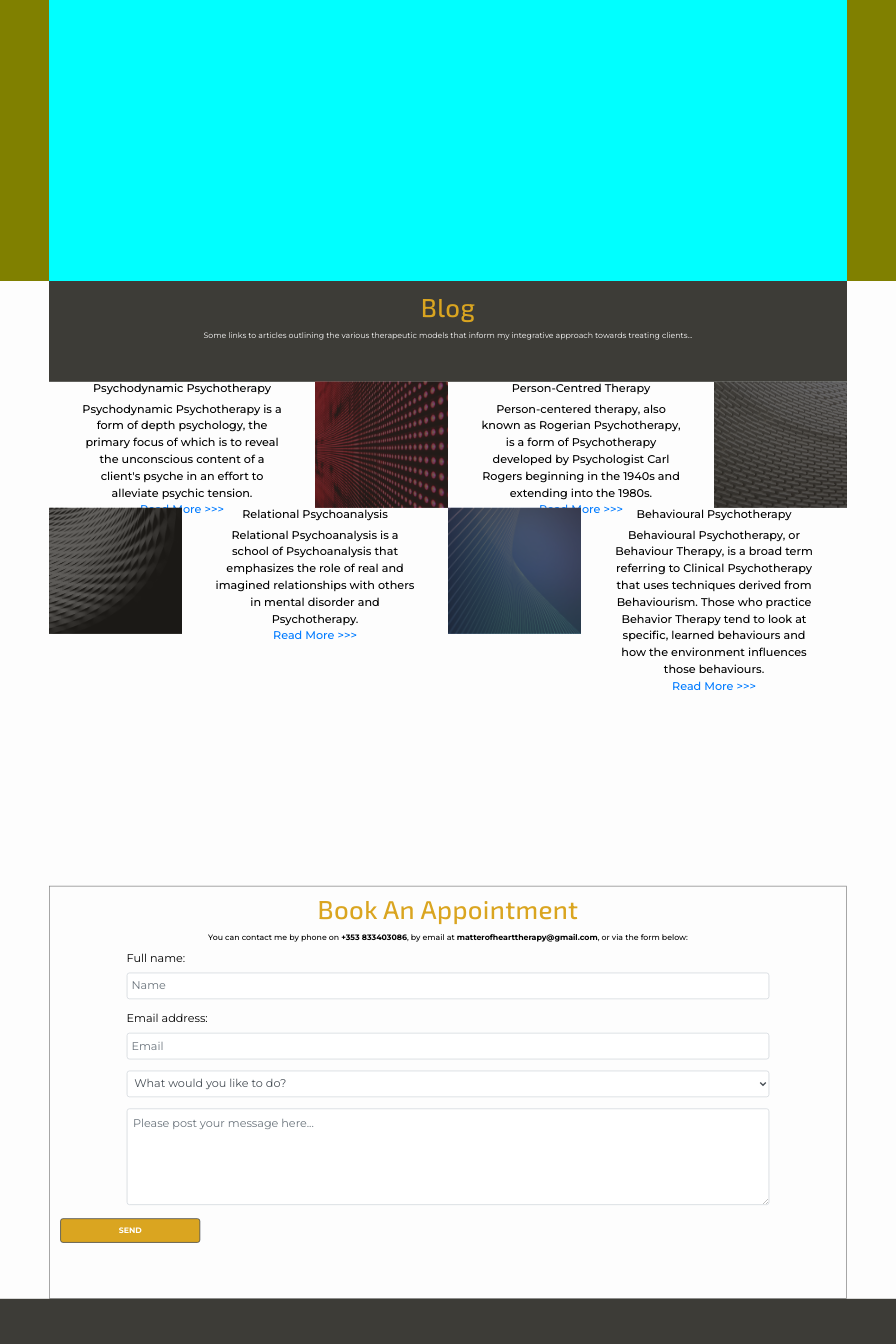
Repository: loosenthedark/UCFD-milestone-project
Page: index.html
The author's editor kept a record of every edit. The page is drawn from the files as they stood at one moment, then again after the next edit.
The browser window is 1280 px wide. The pictures show the part of the page from y = 1879 to 3799 px (the page is 3799 px tall), at 70% of full size.
Some web libraries are served in a nearby version.

Above is the page before.

After the next edit:
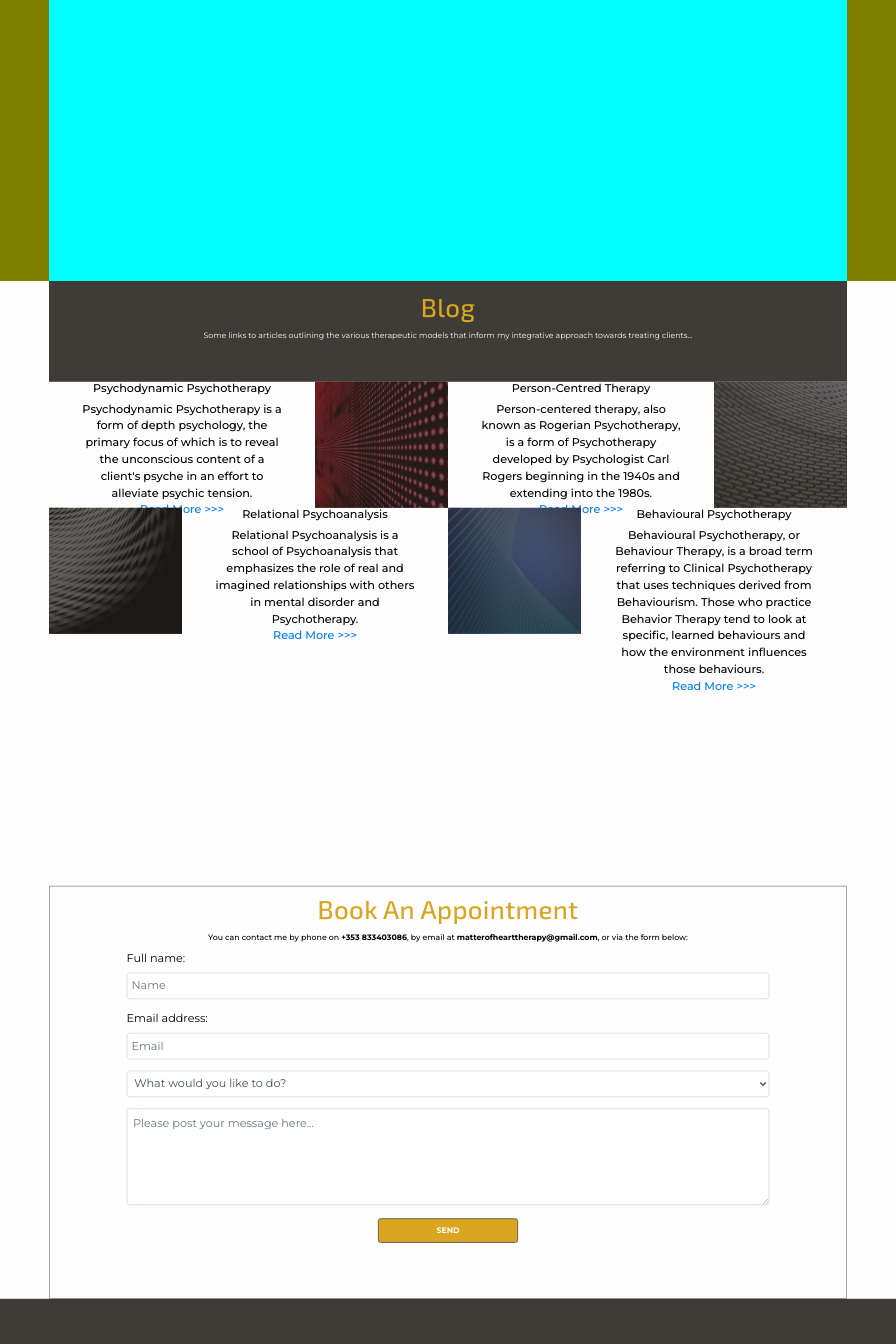
The edit:
--- a/index.html
+++ b/index.html
@@ -357,15 +357,15 @@
                             </div>
                         </form>
                     </div>
-
-                    <div class="row">
-                        <div class="col contact-cta">
-                            <button class="btn btn-outline-dark btn--cta" type="submit">Send</button>
-                        </div>
-                    </div>
-                </div>
-            </section>
-        </div>
+                </div>
+                <div class="row">
+                    <div class="col contact-cta">
+                        <button class="btn btn-outline-dark btn--cta" type="submit">Send</button>
+                    </div>
+                </div>
+            </div>
+        </section>
+    </div>
     </div>
     <!----- end of Contact section ----->
 
